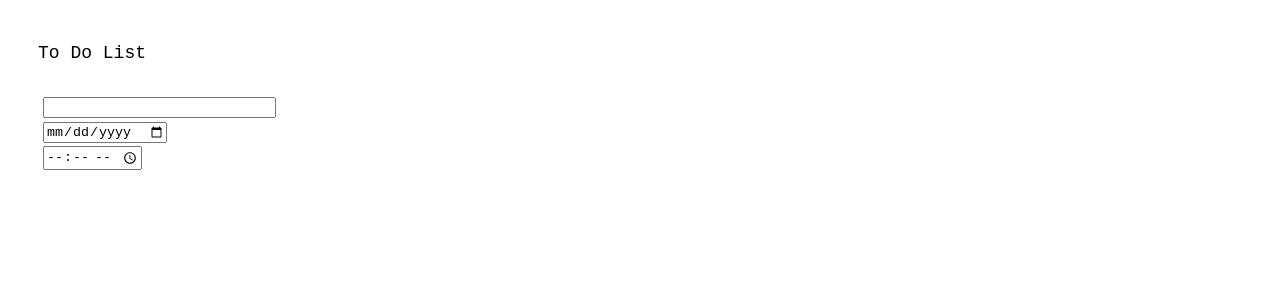
Repository: aknurkappar/nfactorial-web-advanced-todolist-homework
Page: / (app in front/toDoFront/)
These files come from the project's save history. The page is drawn as it stood at one moment and after a run of saves; the edit follows.
The browser window is 1280 px wide. The pictures show the whole page.
The page's requests for data from a server got no answer. The project was rebuilt for these pictures with package versions that can differ from the ones it lists, and the page was loaded fresh each time. No one was signed in, and anything a server would have sent is missing. Also part of the build but not shown: front/toDoFront/vite.config.ts.

Above is the page before, as saved 2023-05-09 14:58:41.

After the next 3 saves:
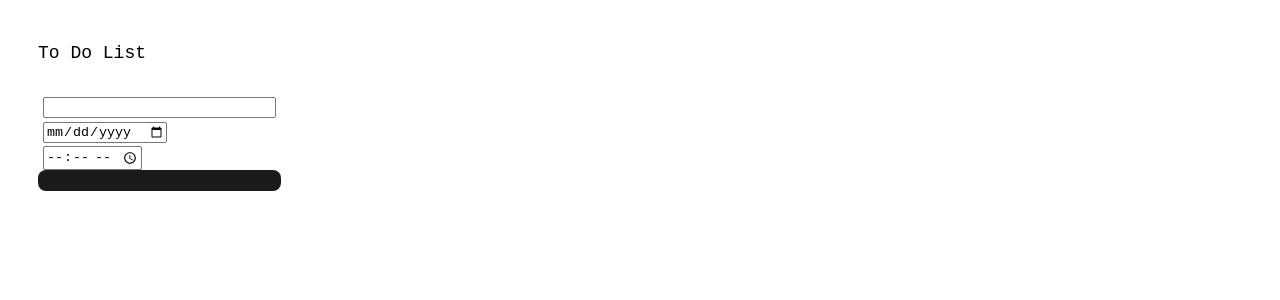
The 3 saves are shown as one change because they came seconds apart.
The last was saved 29 s later.
--- a/front/toDoFront/src/components/AddTaskComponent/index.tsx
+++ b/front/toDoFront/src/components/AddTaskComponent/index.tsx
@@ -9,6 +9,7 @@ function AddTaskComponent() {
         <input type='date'/>
         <input type='time'/>
       </div>
+      <button type=''></button>
     </form>
   )
 }
